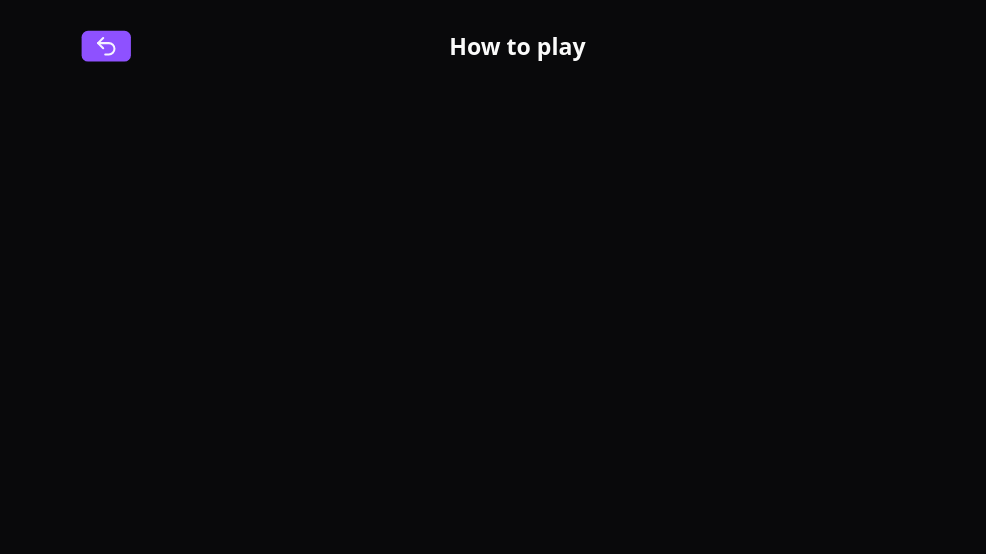
Repository: usmanov16/8-oy-6-dars
Page: /instruction
The author's editor kept a copy of each file at every save. The page is drawn from the files as they stood at one save, then again after the next save.
The browser window is 1280 px wide. The pictures show the whole page, at 77% of full size.
The page's requests for data from a server got no answer. The project was rebuilt for these pictures with package versions that can differ from the ones it lists, and the page was loaded fresh each time. No one was signed in, and anything a server would have sent is missing. Also part of the build but not shown: vite.config.ts, src/pages/Home.tsx.

Above is the page before, as saved 2025-11-06 22:23:01.

After the next save:
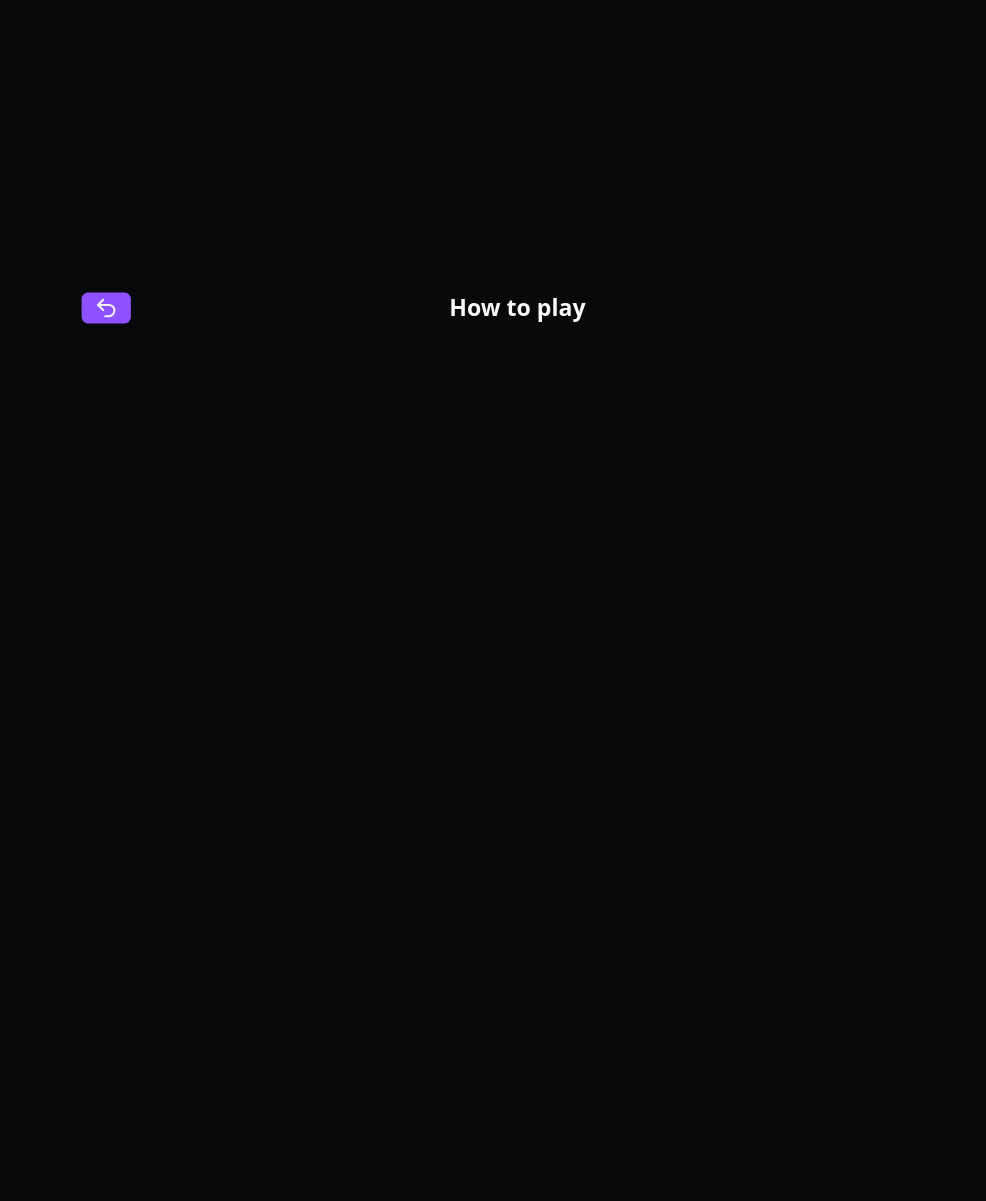
Saved 20 min 37 s later.
--- a/src/index.css
+++ b/src/index.css
@@ -122,6 +122,6 @@
 
 @layer utilities {
   .container {
-    @apply w-full max-w-[1100px] mx-auto px-4;
+    @apply w-full max-w-[1100px] min-h-screen mx-auto px-4;
   }
 }

After the save that followed:
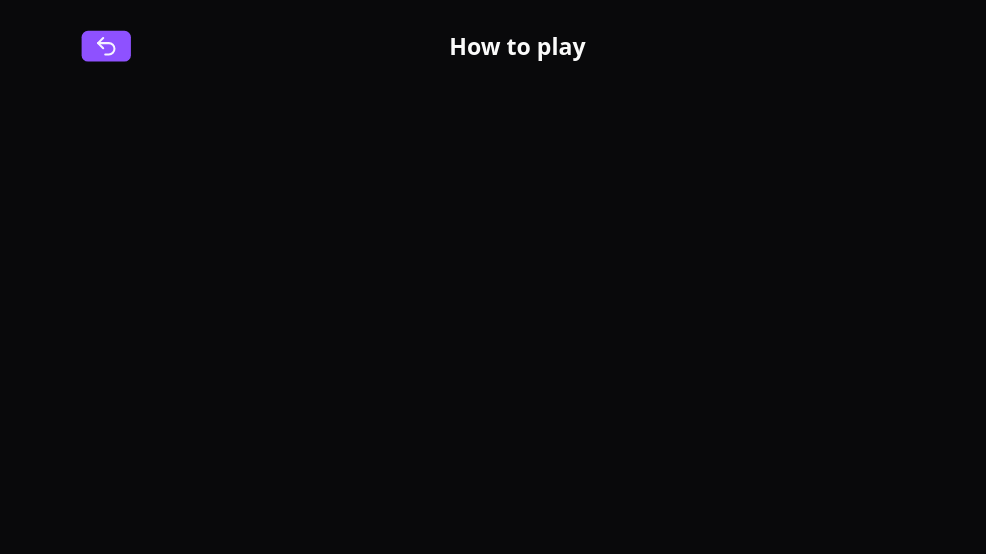
Saved 14 s later.
--- a/src/index.css
+++ b/src/index.css
@@ -122,6 +122,6 @@
 
 @layer utilities {
   .container {
-    @apply w-full max-w-[1100px] min-h-screen mx-auto px-4;
+    @apply w-full max-w-[1100px]  mx-auto px-4;
   }
 }
